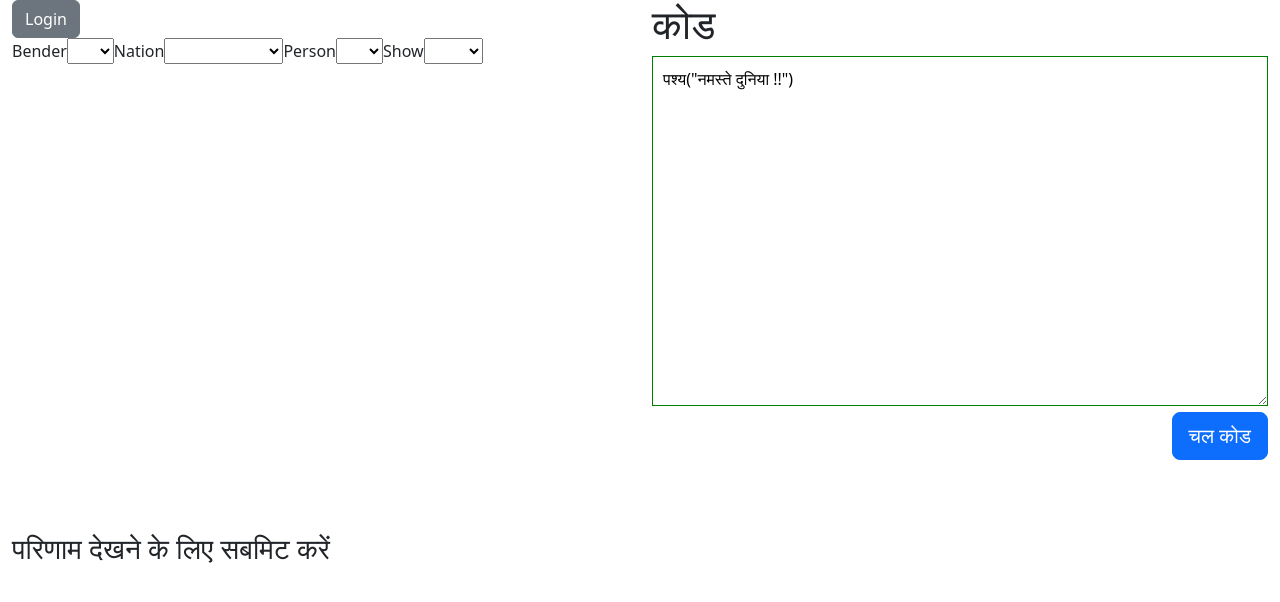
Repository: Vivek3072/webapp_shuniya_code.com
Page: /
These files come from the project's save history. The page is drawn as it stood at one moment and after the next save; the edit follows.
The browser window is 1280 px wide. The pictures show the whole page.
The project was rebuilt for these pictures with package versions that can differ from the ones it lists, and the page was loaded fresh each time. Also part of the build but not shown: src/components/Login.js, src/components/Singup.js, src/home/filteritems.js. Imported but missing from the stored project, and not drawn on this page: src/axiosApi.

Above is the page before, as saved 2021-02-28 00:39:23.

After the next save:
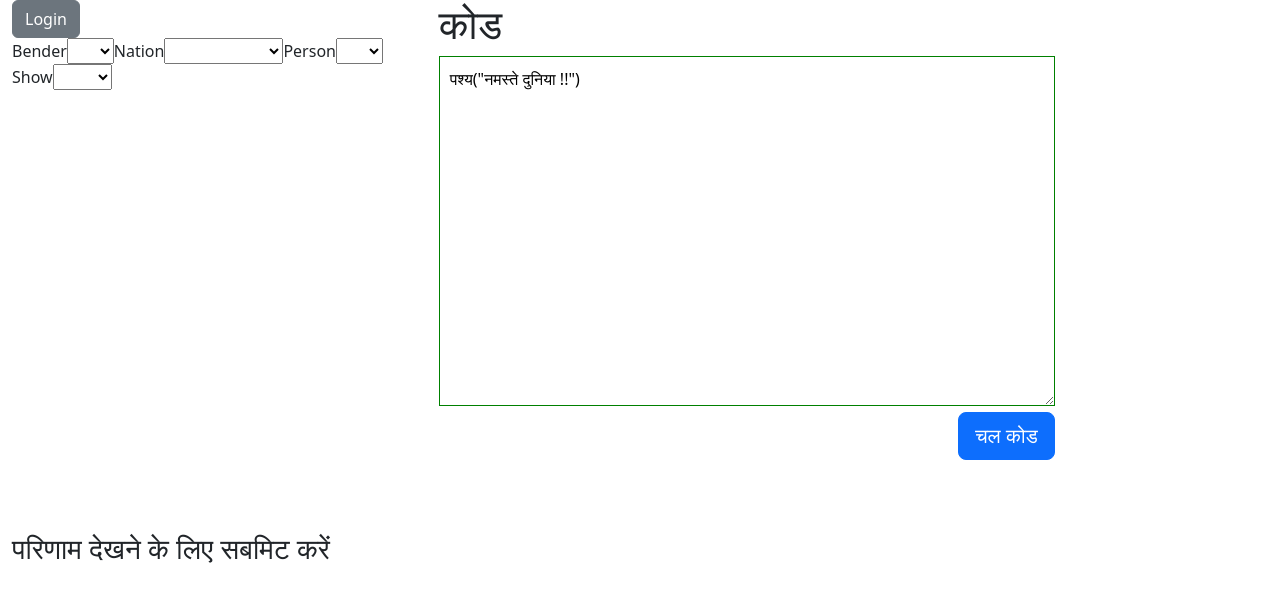
Saved 4 s later.
--- a/src/home/index.js
+++ b/src/home/index.js
@@ -121,7 +121,7 @@ export default class home extends Component {
       <>
        <div className="row">
 
-            <div className="col-sm-6 col-md-4 col-lg-6">
+            <div className="col-sm-6 col-md-4 col-lg-4">
           {token? null : <button type="button" className="btn btn-secondary userLogin" onClick={this.login}>Login</button>}
 
           <FilterOptions
